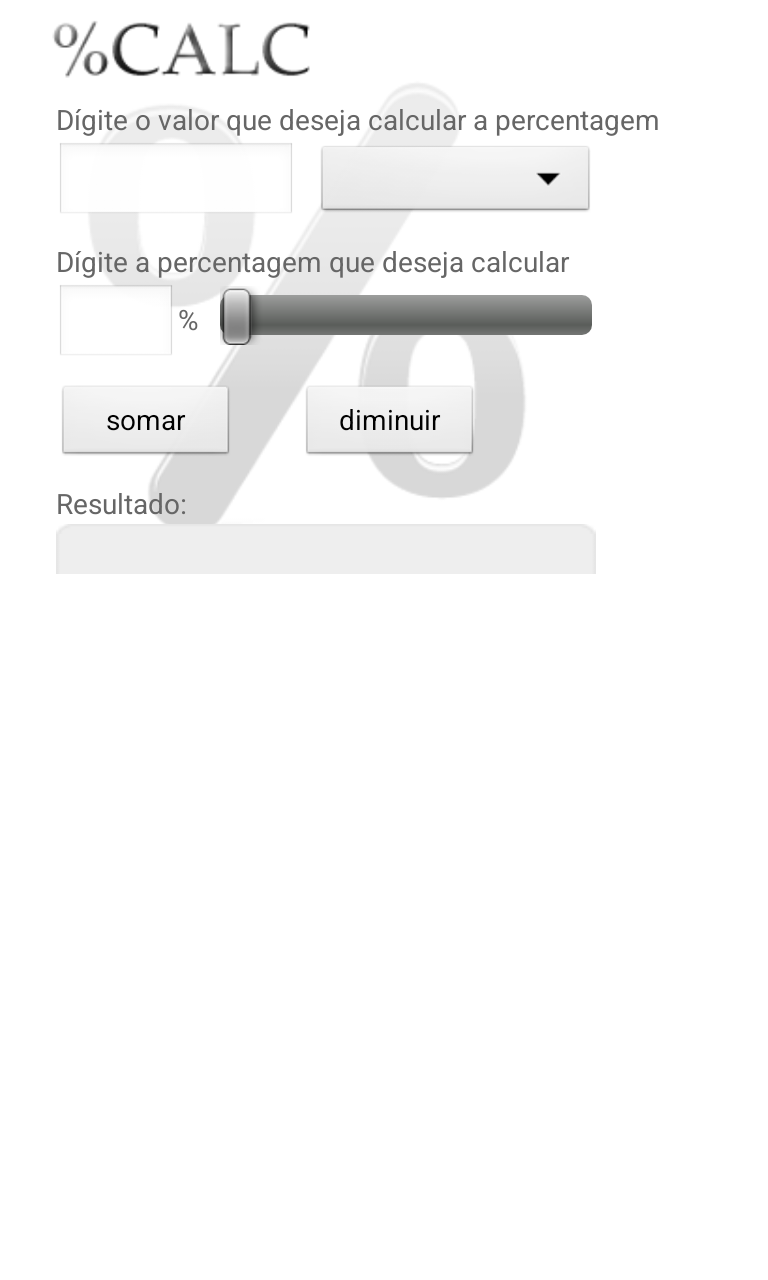
Repository: leoclaro/percentcalc
Layout: CalcularPercentagem/res/layout/main.xml
An editor plug-in stored every save of this project. The layout is shown before and after the next save, followed by the edit.
It is drawn on a 768 x 1280 px phone screen (xhdpi) without system bars, with theme android:Theme; the app's code is not run.

Above is the layout before, as saved 2012-05-09 19:04:51.

After the next save:
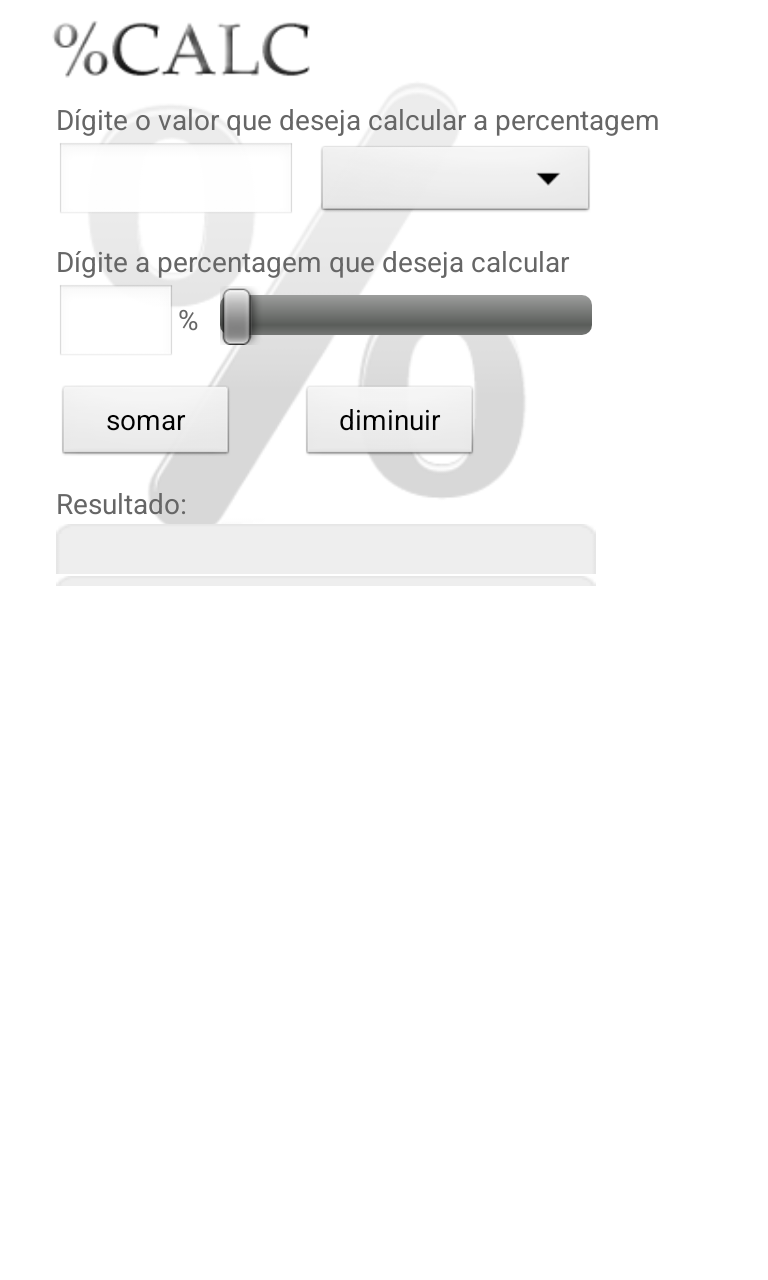
Saved 54 s later.
--- a/CalcularPercentagem/res/layout/main.xml
+++ b/CalcularPercentagem/res/layout/main.xml
@@ -119,7 +119,7 @@
 	            android:textColor="#ff666666" />
 
 		    <RelativeLayout
-		        android:id="@+id/relativeLayoutBG"
+		        android:id="@+id/relativeLayoutBgResultadoTop"
 		        android:layout_width="270dp"
 		        android:layout_height="5dp"
 		        android:layout_below="@+id/textViewLabelResultado"
@@ -127,12 +127,13 @@
 		        android:layout_alignLeft="@+id/textViewValor"
 		        android:background="@drawable/bg_resultado_top">
 			</RelativeLayout>
+
 		    <RelativeLayout
-		        android:id="@+id/relativeLayout1"
+		        android:id="@+id/relativeLayoutBgResultado"
 		        android:layout_width="270dp"
 		        android:layout_height="wrap_content"
 		        android:layout_alignLeft="@+id/textViewValor"
-		        android:layout_below="@+id/relativeLayoutBG"
+		        android:layout_below="@+id/relativeLayoutBgResultadoTop"
 		        android:background="@drawable/bg_resultado" >
 
 		        <TextView
@@ -144,6 +145,16 @@
 		            android:textColor="#ff666666" />
 		    </RelativeLayout>
 
+		    <RelativeLayout
+		        android:id="@+id/relativeLayoutBgResultadoBottom"
+		        android:layout_width="270dp"
+		        android:layout_height="5dp"
+		        android:layout_below="@+id/relativeLayoutBgResultado"
+		        android:layout_marginTop="1dp"
+		        android:layout_alignLeft="@+id/textViewValor"
+		        android:background="@drawable/bg_resultado_top">
+			</RelativeLayout>
+
         </RelativeLayout>
     </ScrollView>
 
